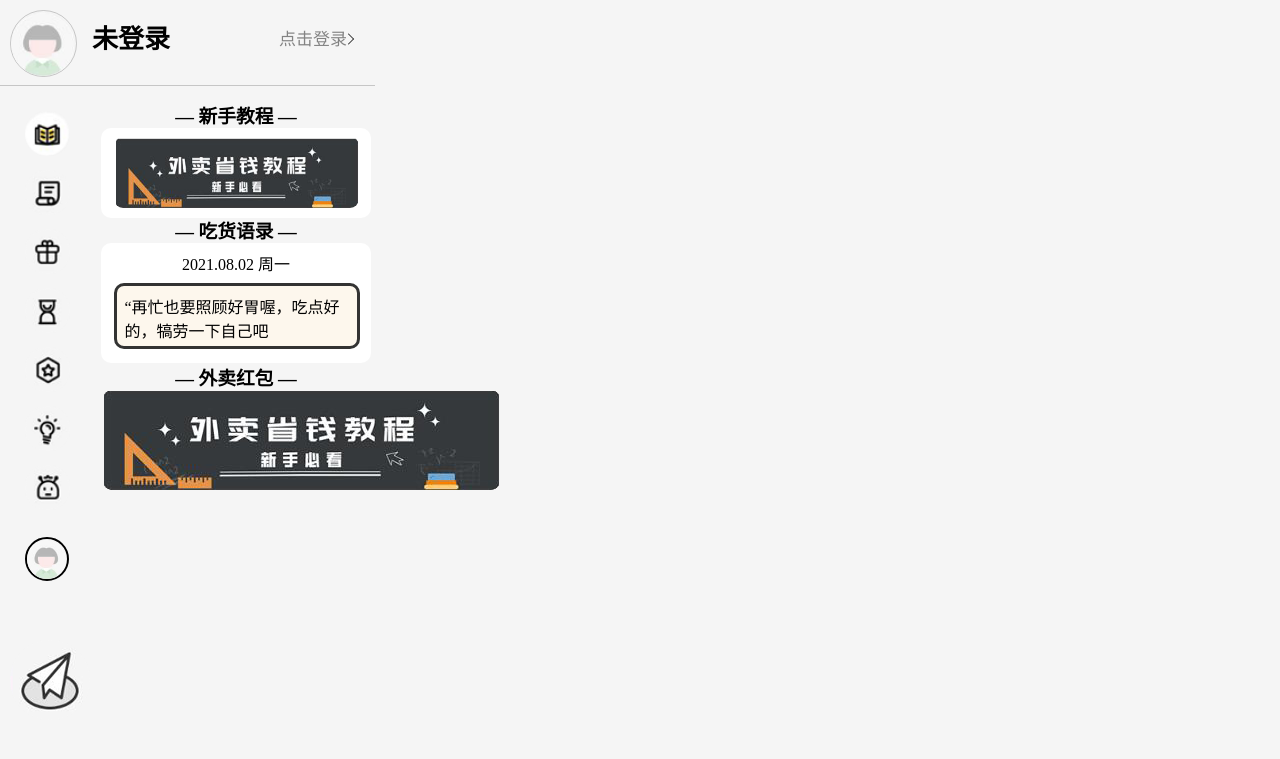
Repository: Privatexiao/projects
Page: Takeout assistant/index.html
An editor plug-in stored every save of this project. The page is shown before and after the next save, followed by the edit.
The browser window is 1280 px wide. The pictures show the whole page.

Above is the page before, as saved 2021-08-02 17:18:50.

After the next save:
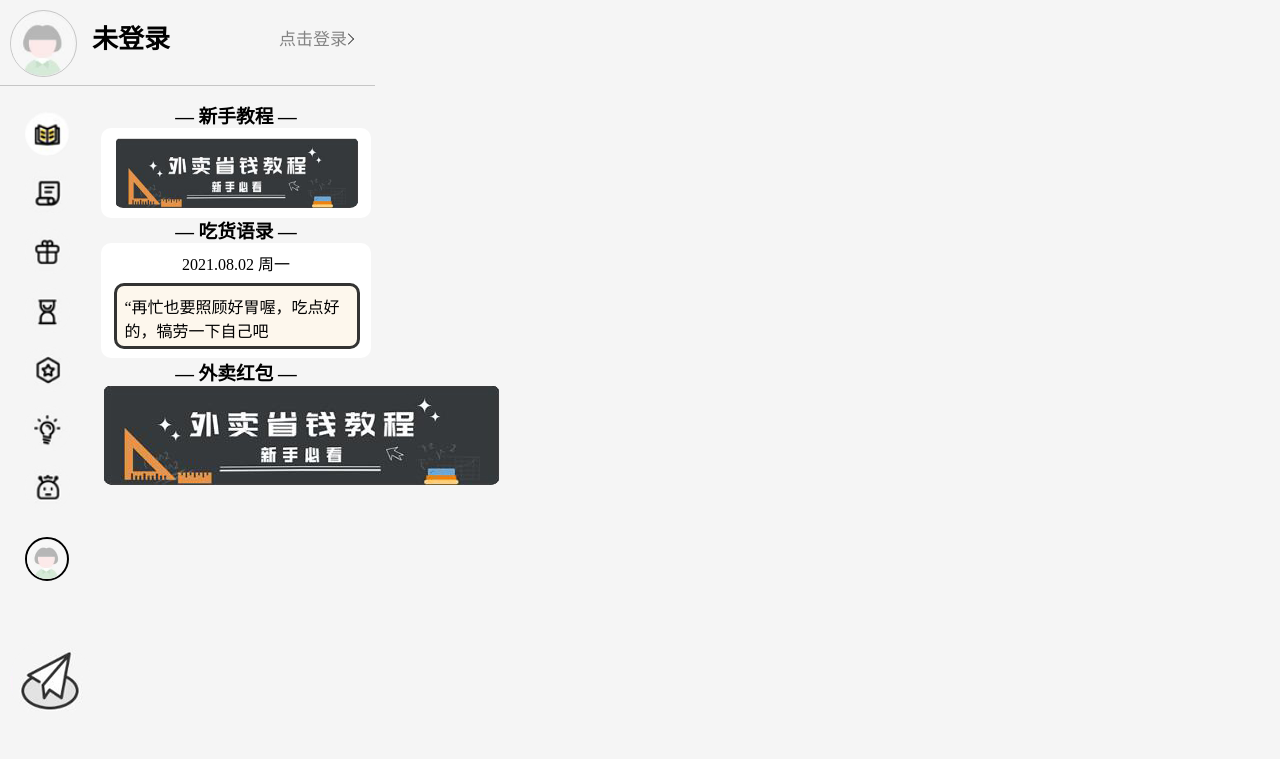
Saved 64 s later.
--- a/Takeout assistant/css/index.css
+++ b/Takeout assistant/css/index.css
@@ -120,7 +120,7 @@ ul,ol{
 .VersionQuotation .chyl_bj{
     background-color: white;
     width: 270px;
-    height: 120px;
+    height: 115px;
     text-align: center;
     border-radius: 10px;
 }
